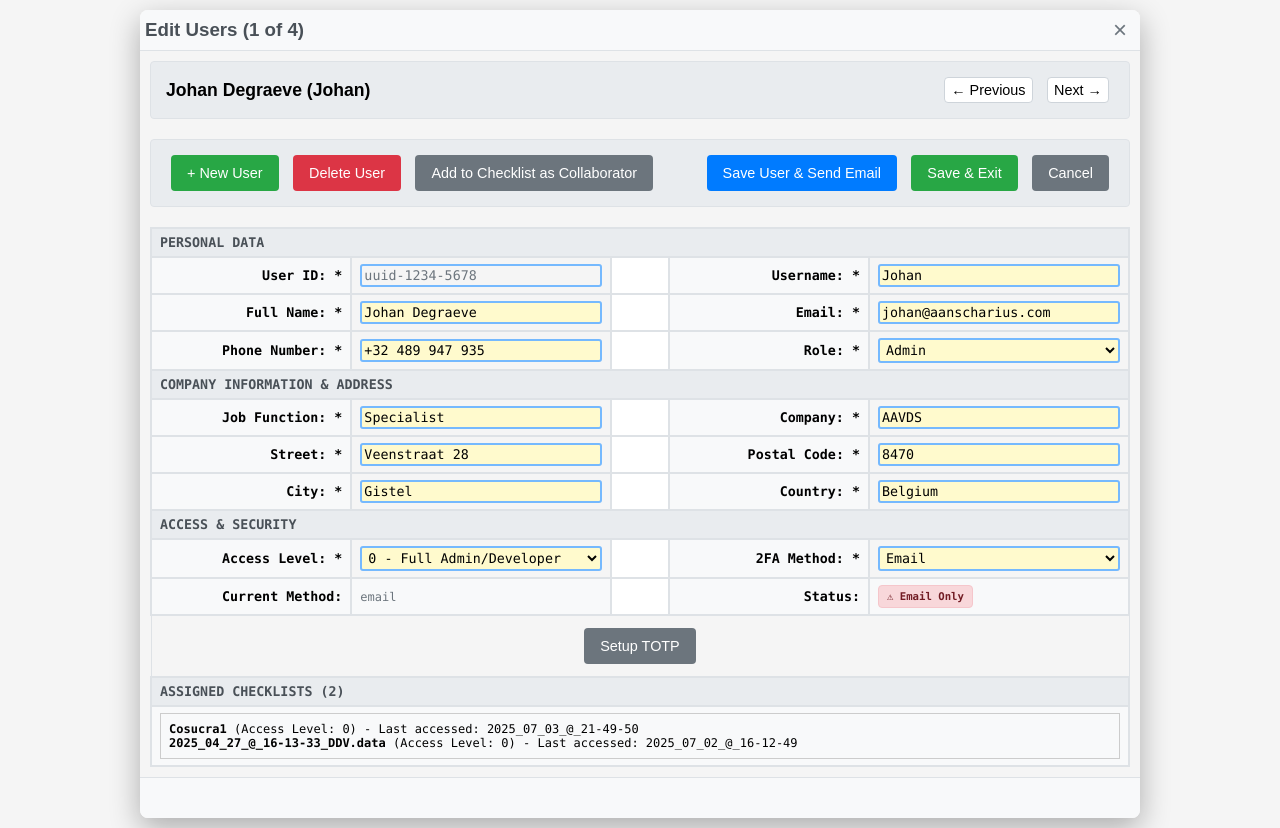
Repository: jeedee23/checklistrepo
Page: checklists/user-management-demo.html
The author's editor kept a copy of each file at every save. The page is drawn from the files as they stood at one save, then again after the next save.
The browser window is 1280 px wide. The pictures show the whole page.

Above is the page before, as saved 2025-07-04 14:21:00.

After the next save:
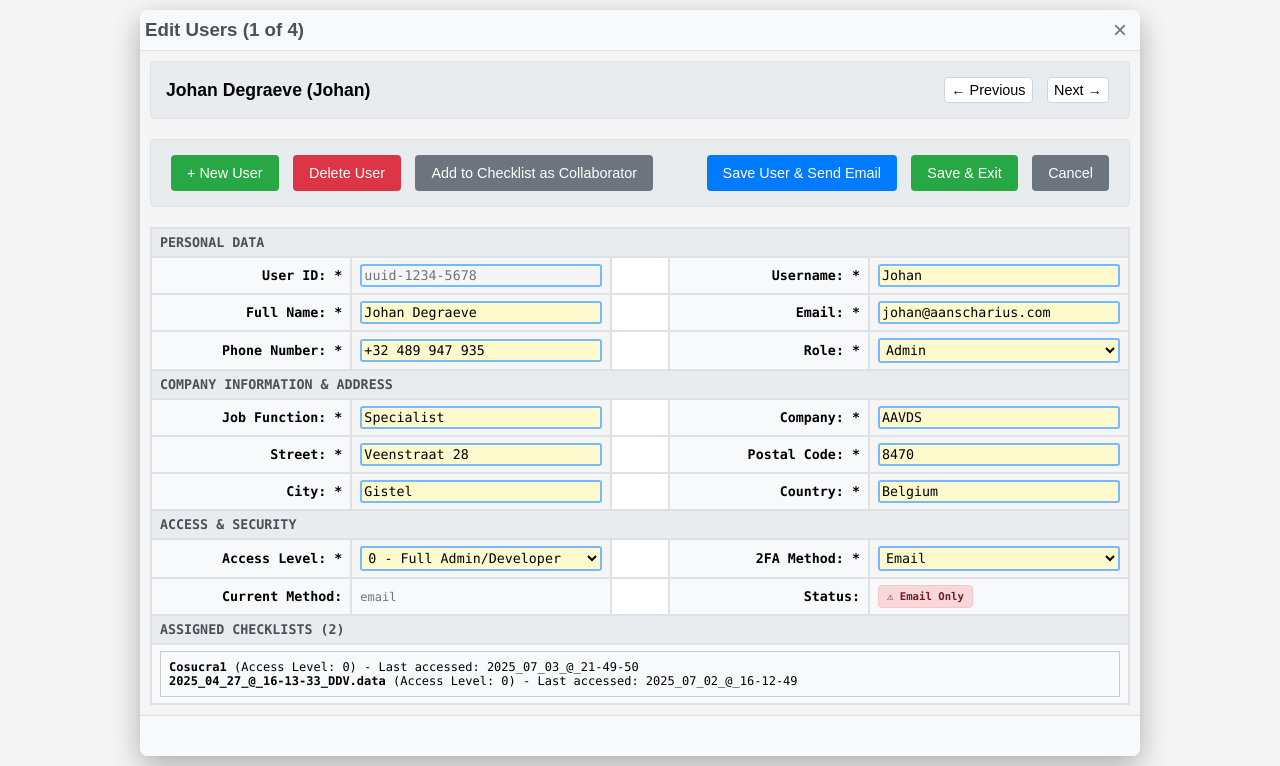
Saved 68 s later.
--- a/checklists/user-management-demo.html
+++ b/checklists/user-management-demo.html
@@ -333,9 +333,7 @@
                     </td>
                 </tr>
                 <tr>
-                    <td colspan="5" style="text-align: center; padding: 12px; border: 1px solid #dee2e6;">
-                        <button class="btn btn-secondary">Setup TOTP</button>
-                    </td>
+
                 </tr>
 
                 <!-- ASSIGNED CHECKLISTS Section -->
